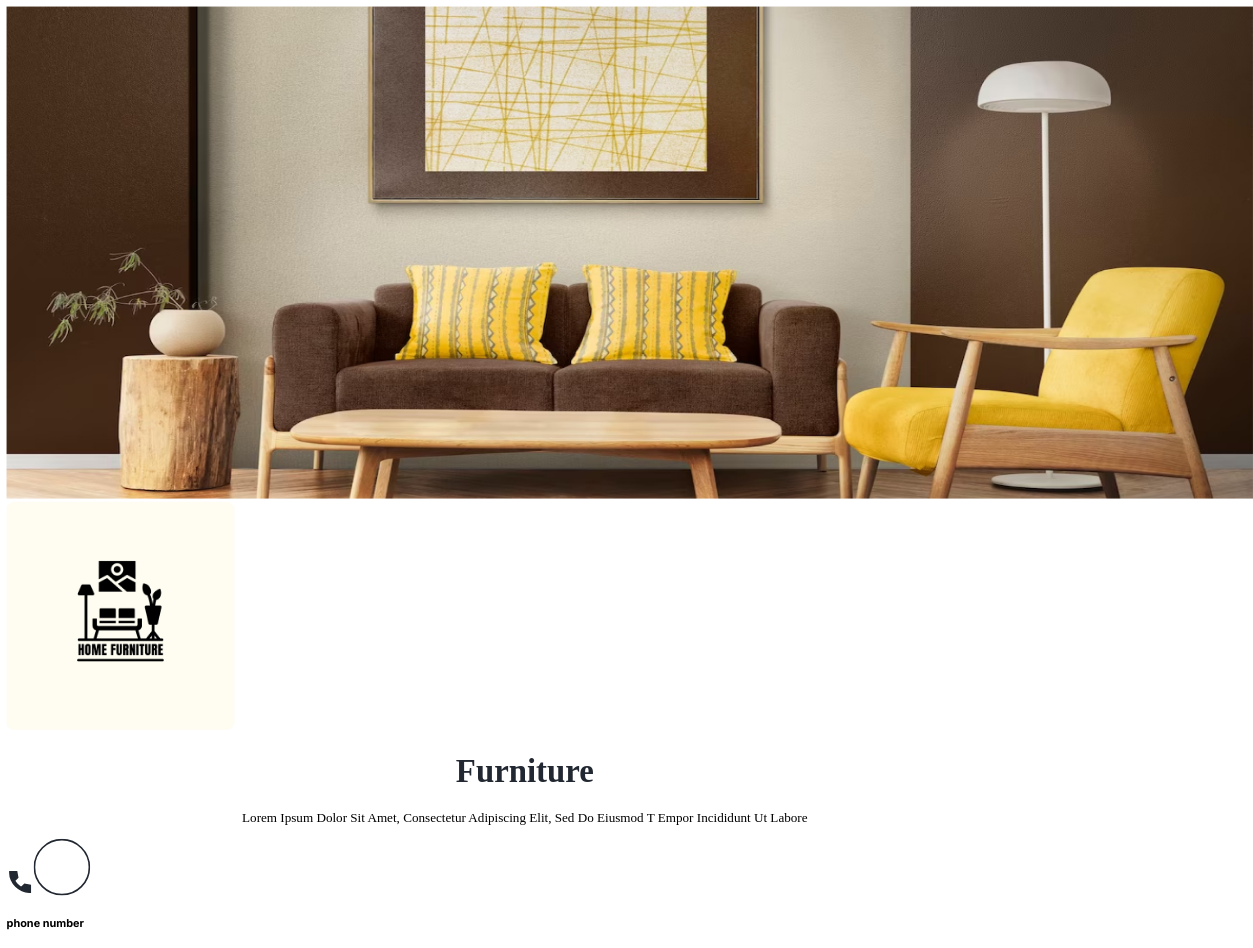
Repository: nikita120402/next13-deploy
Page: /
An editor plug-in stored every save of this project. The page is shown before and after the next save, followed by the edit.
The browser window is 1280 px wide. The page is 1528 px wide, so the pictures cover 1528 px, including what lies to the right of the window. The pictures show the whole page, at 82% of full size.
The project was rebuilt for these pictures with package versions that can differ from the ones it lists, and the page was loaded fresh each time. The framework's server and built-in components were replaced by stand-ins that run in the browser. Also part of the build but not shown: next.config.js.

Above is the page before, as saved 2023-08-02 14:20:21.

After the next save:
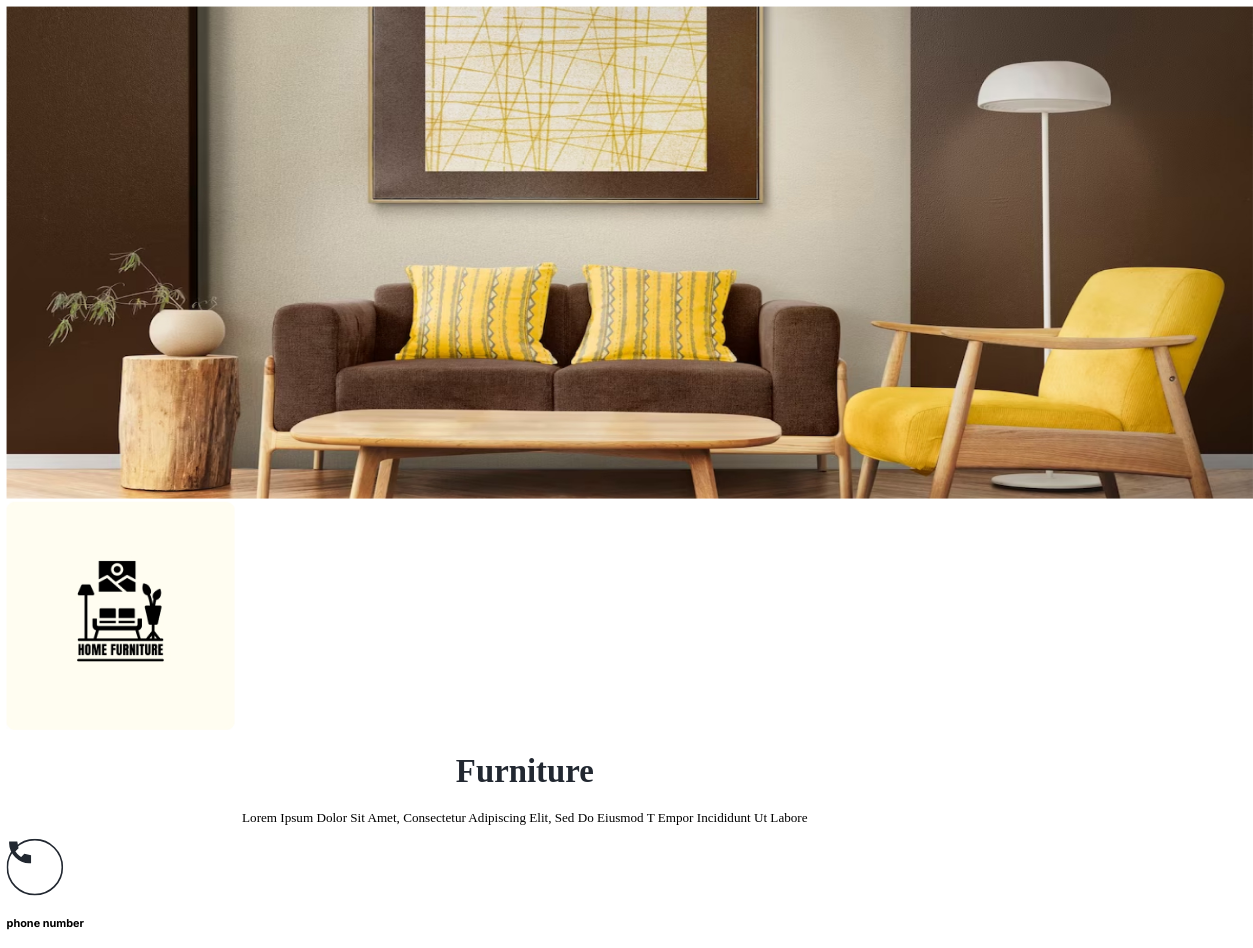
Saved 24 s later.
--- a/src/app/page.tsx
+++ b/src/app/page.tsx
@@ -19,10 +19,11 @@ export default function Page() {
           <h1>Furniture</h1>
           <p>Lorem ipsum dolor sit amet, consectetur adipiscing elit, sed do eiusmod t empor incididunt ut labore </p>
 
-          <svg className={styles.icon} xmlns="http://www.w3.org/2000/svg" width="33" height="33" viewBox="0 0 33 33" fill="none">
+          <svg xmlns="http://www.w3.org/2000/svg" width="69" height="69" viewBox="0 0 69 69" fill="none">
+  <circle cx="34.5" cy="34.5" r="33.5" fill="white" stroke="#222831" stroke-width="2"/>
+  <svg className={styles.icon} xmlns="http://www.w3.org/2000/svg" width="33" height="33" viewBox="0 0 33 33" fill="none">
           <path d="M27.4313 28.875C24.5667 28.875 21.731 28.2563 18.9241 27.0187C16.1173 25.7812 13.5676 24.0167 11.275 21.725C8.98333 19.4333 7.21875 16.8896 5.98125 14.0938C4.74375 11.2979 4.125 8.45625 4.125 5.56875V4.125H12.2375L13.5094 11.0344L9.59062 14.9875C10.0948 15.8812 10.6562 16.7292 11.275 17.5312C11.8937 18.3333 12.5583 19.0781 13.2687 19.7656C13.9333 20.4302 14.6612 21.0664 15.4522 21.6741C16.2433 22.2819 17.0968 22.8488 18.0125 23.375L22 19.3875L28.875 20.7969V28.875H27.4313Z" fill="#222831"/>
-          </svg><svg xmlns="http://www.w3.org/2000/svg" width="69" height="69" viewBox="0 0 69 69" fill="none">
-  <circle cx="34.5" cy="34.5" r="33.5" fill="white" stroke="#222831" stroke-width="2"/>
+          </svg>
 </svg>
           <h5>phone number</h5>
   </div>
